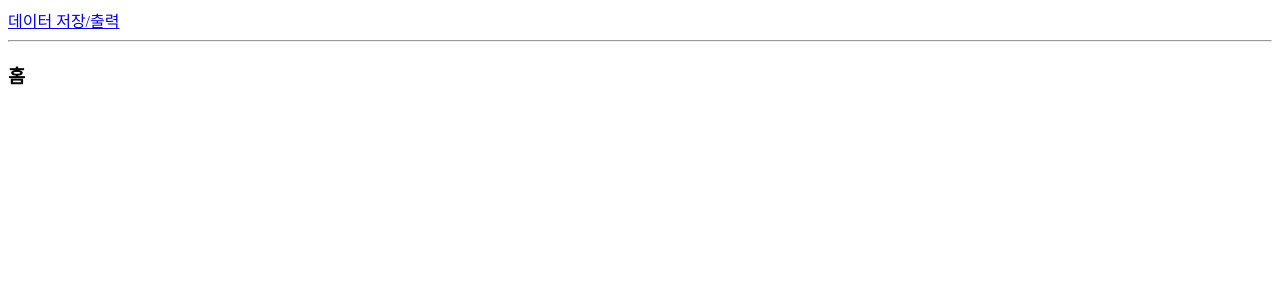
Repository: iwonhee/Servlet
Page: http://localhost/servlet04/
The author's editor kept a copy of each file at every save. The page is drawn from the files as they stood at one save, then again after the next save.
The browser window is 1280 px wide. The pictures show the whole page.
The page is served by Tomcat 9.

Above is the page before, as saved 2022-11-16 08:45:55.

After the next save:
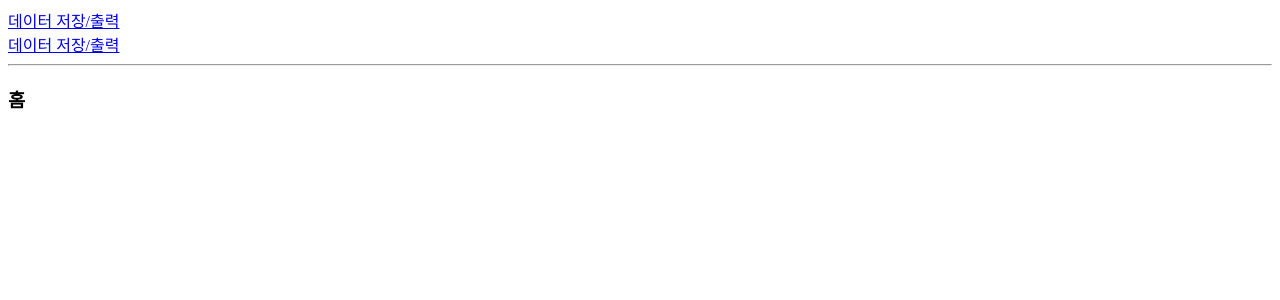
Saved 34 s later.
--- a/servlet04/src/main/webapp/index.jsp
+++ b/servlet04/src/main/webapp/index.jsp
@@ -8,6 +8,7 @@
 </head>
 <body>
 <div><a href="scope/scope_data.jsp">데이터 저장/출력</a></div>
+<div><a href="param/form_data.jsp">데이터 저장/출력</a></div>
 <hr>
 <h3>홈</h3>
 </body>
